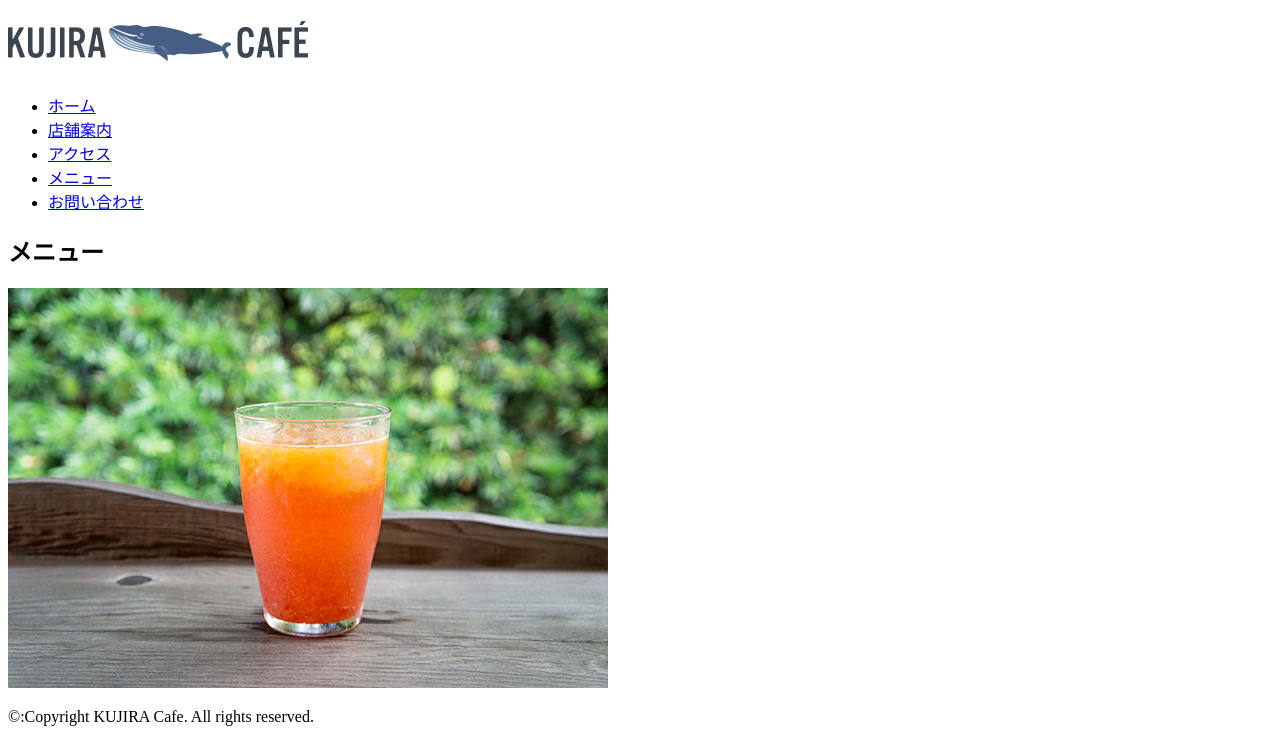
Repository: U-dias/work3
Page: cafe/menu.html
The author's editor kept a record of every edit. The page is drawn from the files as they stood at one moment, then again after the next edit.
The browser window is 1280 px wide. The pictures show the whole page.

Above is the page before.

After the next edit:
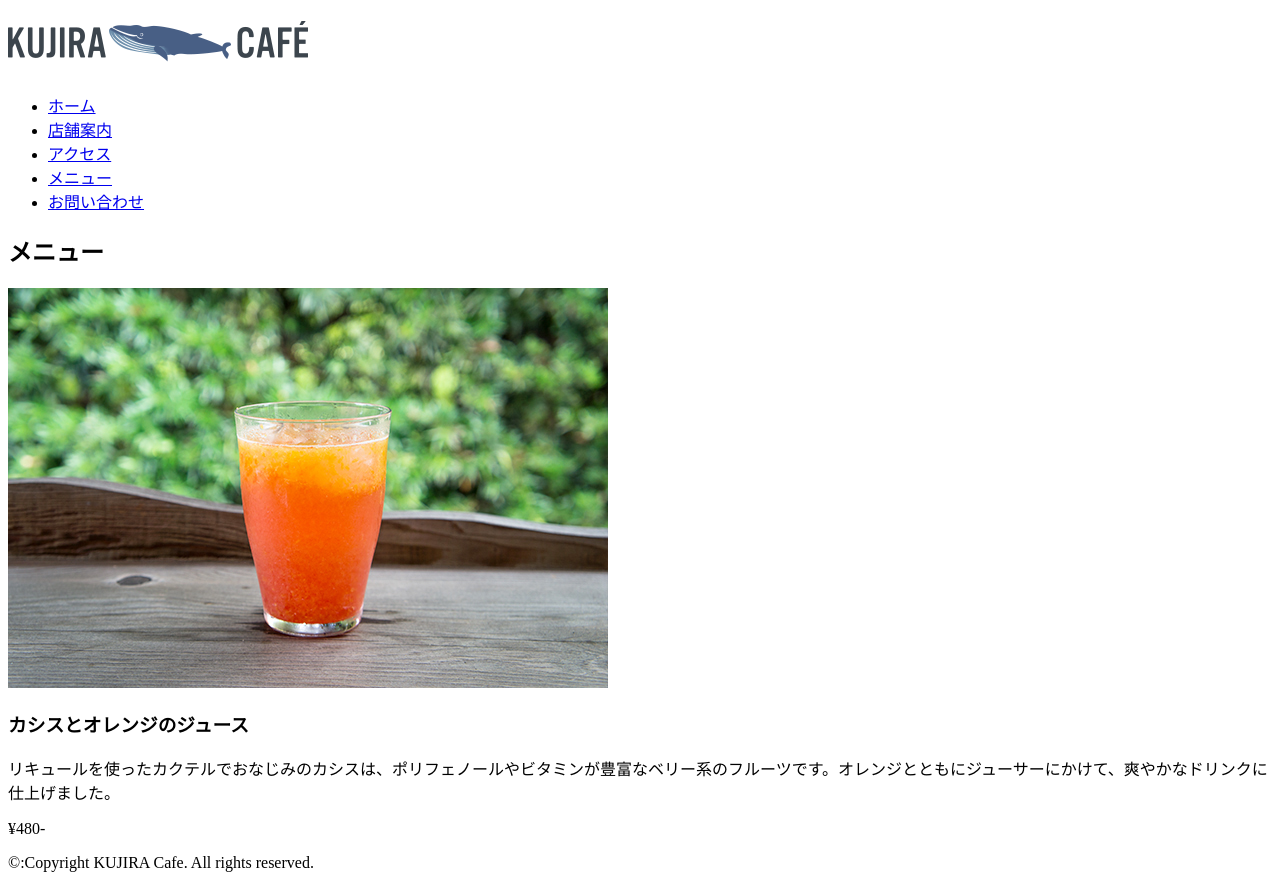
The edit:
--- a/cafe/menu.html
+++ b/cafe/menu.html
@@ -31,6 +31,9 @@
                 <img src="images/menu-photo1.jpg" alt="">
               </div>
               <div class="menu-text">
+                <h3>カシスとオレンジのジュース</h3>
+                <p>リキュールを使ったカクテルでおなじみのカシスは、ポリフェノールやビタミンが豊富なベリー系のフルーツです。オレンジとともにジューサーにかけて、爽やかなドリンクに仕上げました。</p>
+                <p>&yen;480-</p>
 
               </div>
             </div>
